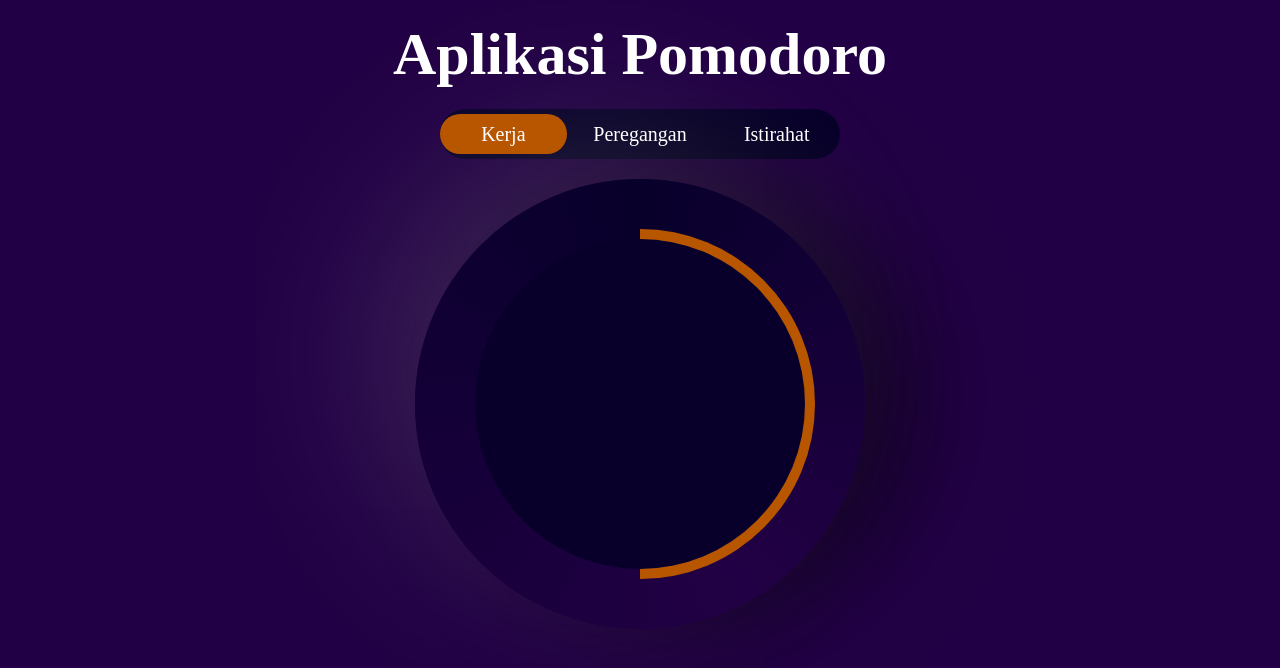
Repository: sellayspy/aplikasiPomodoro
Page: /
The author's editor kept a copy of each file at every save. The page is drawn from the files as they stood at one save, then again after the next save.
The browser window is 1280 px wide. The pictures show the whole page.
The project was rebuilt for these pictures with package versions that can differ from the ones it lists, and the page was loaded fresh each time. Also part of the build but not shown: vite.config.js.

Above is the page before, as saved 2024-11-25 14:14:25.

### index.html
<!DOCTYPE html>
<html lang="en">
  <head>
    <meta charset="UTF-8" />
    <link rel="icon" type="image/svg+xml" href="/vite.svg" />
    <meta name="viewport" content="width=device-width, initial-scale=1.0" />
    <title>Aplikasi Pomodoro</title>
  </head>
  <body>
    <div id="root"></div>
    <script type="module" src="/src/main.jsx"></script>
  </body>
</html>

### src/main.jsx
import { StrictMode } from "react";
import { createRoot } from "react-dom/client";
import { createGlobalStyle, ThemeProvider } from "styled-components";
import App from "./App.jsx";

const GlobalStyle = createGlobalStyle`

*{
  margin: 0;
  padding: 0;
  box-sizing: border-box;
}

  html,body{
    background-color: ${(props) => props.theme.colors.bg};;
    font-size: 62.5%;
  }

  body{
    font-size: 1.6rem;
    color: white;
  }

`;

const theme = {
  colors: {
    primary: "#b85600",
    secondary: "#08002b",
    bg: "#220045",
  },
};

createRoot(document.getElementById("root")).render(
  <StrictMode>
    <ThemeProvider theme={theme}>
      <GlobalStyle />
      <App />
    </ThemeProvider>
  </StrictMode>
);

### src/App.jsx
import styled from "styled-components";
import Judul from "./components/Judul";
import Timer from "./components/Timer";

function App() {
  return (
    <>
      <Title>Aplikasi Pomodoro</Title>
      <Judul />
      <Timer />
    </>
  );
}

export default App;

const Title = styled.h1`
  font-size: 6rem;
  padding: 2rem 0;
  text-align: center;
`;

### src/components/Judul.jsx
import styled, { css } from "styled-components";
import { useState } from "react";

const Judul = () => {
  const [active, setActive] = useState(0);

  const handleJudulClick = (index) => {
    setActive(index);
  };
  return (
    <JudulContainer>
      {["Kerja", "Peregangan", "Istirahat"].map((tag, i) => (
        <Tag onClick={() => handleJudulClick(i)} active={active === i} key={i}>
          {tag}
        </Tag>
      ))}
    </JudulContainer>
  );
};

export default Judul;

const JudulContainer = styled.div`
  background: ${(props) => props.theme.colors.secondary};
  height: 5rem;
  width: 40rem;
  margin: 0 auto;
  border-radius: 5rem;
  display: flex;
  gap: 1rem;
  align-items: center;
`;

const Tag = styled.button`
  all: unset;
  height: 4rem;
  text-align: center;
  border-radius: 5rem;
  flex: 1;
  font-size: 2rem;

  ${({ active }) =>
    active &&
    css`
      background: ${(props) => props.theme.colors.primary};
    `}
`;

### src/components/Timer.jsx
import styled from "styled-components";
import TimerProgress from "./TimerProgress";

const Timer = () => {
  return (
    <TimerContainer>
      <TimerProgress />
    </TimerContainer>
  );
};

export default Timer;

const TimerContainer = styled.div`
  background: conic-gradient(
    ${(props) => props.theme.colors.secondary},
    ${(props) => props.theme.colors.bg} 150deg,
    ${(props) => props.theme.colors.secondary}
  );

  width: 45rem;
  height: 45rem;

  margin: 2rem auto;
  border-radius: 50%;
  display: grid;
  place-items: center;
  box-shadow: -50px -50px 150px rgba(158, 158, 158, 0.2),
    50px -10px 100px rgba(0, 0, 0, 0.5);
`;

### src/components/TimerProgress.jsx
import { useState } from "react";
import { RiProgress1Fill } from "react-icons/ri";
import styled from "styled-components";

const TimerProgress = () => {
  const [progress, setProgress] = useState(50);

  return (
    <OuterCircle progress={progress}>
      <InnerCircle></InnerCircle>
    </OuterCircle>
  );
};

export default TimerProgress;

const OuterCircle = styled.div`
  width: 35rem;
  height: 35rem;

  border-radius: 50%;
  display: grid;
  place-items: center;
  background: conic-gradient(
    ${(props) => props.theme.colors.primary} ${({ progress }) => progress}%,
    transparent ${({ progress }) => progress}%
  );
`;

const InnerCircle = styled.div`
  width: 33rem;
  height: 33rem;
  background: ${(props) => props.theme.colors.secondary};

  border-radius: 50%;
  display: grid;
  place-items: center;
`;

### src/components/Waktu.jsx
const Waktu = () => {
  return <div>Waktu</div>;
};

export default Waktu;

After the next save:
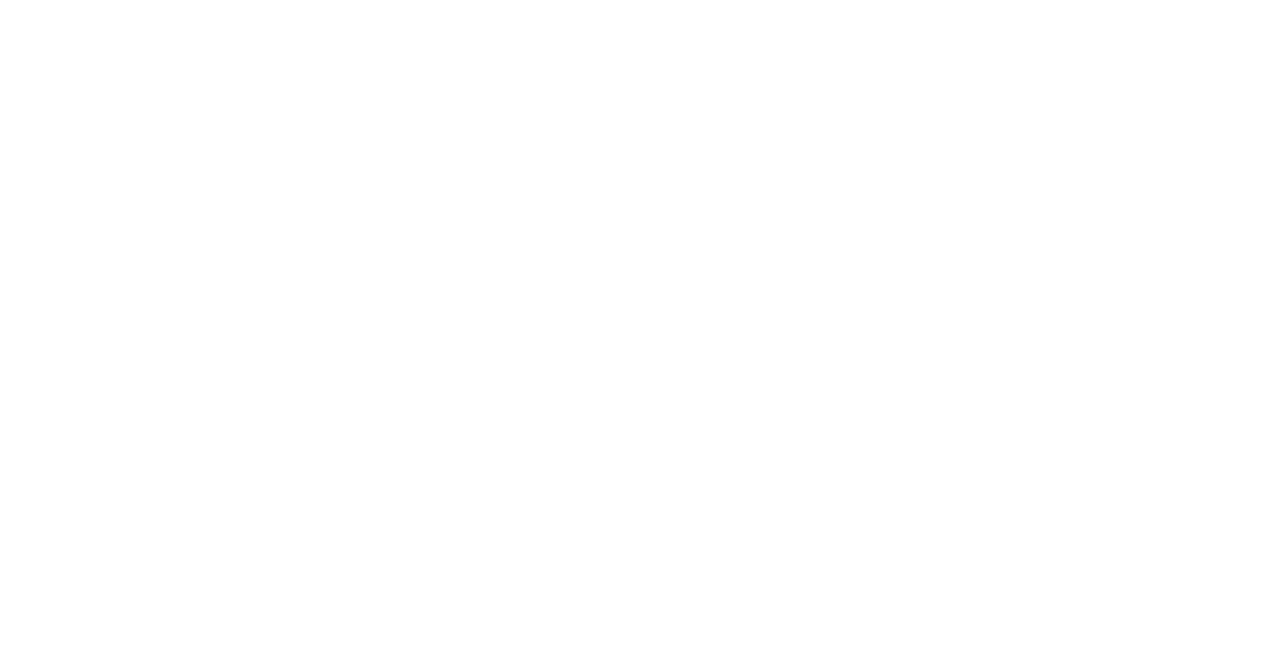
Console error: ReferenceError: Waktu is not defined
Saved 87 s later.
--- a/src/components/TimerProgress.jsx
+++ b/src/components/TimerProgress.jsx
@@ -7,7 +7,9 @@ const TimerProgress = () => {
 
   return (
     <OuterCircle progress={progress}>
-      <InnerCircle></InnerCircle>
+      <InnerCircle>
+        <Waktu />
+      </InnerCircle>
     </OuterCircle>
   );
 };

After the save that followed:
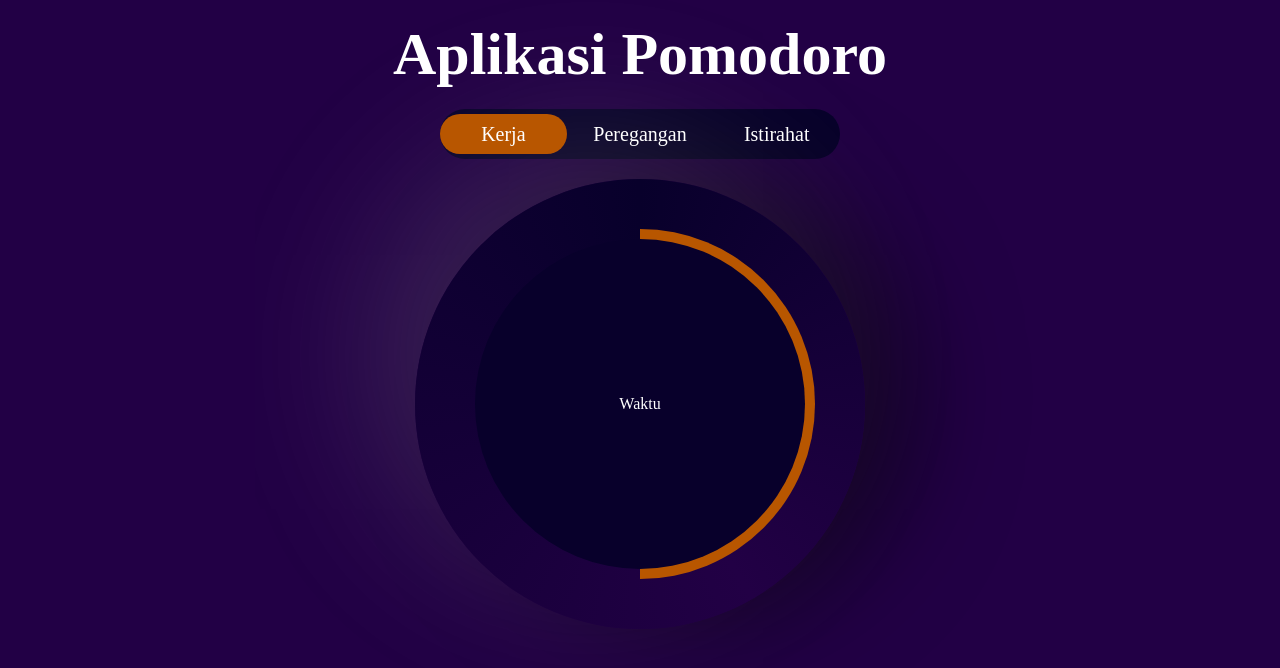
The error is gone.
Saved 38 s later.
--- a/src/components/TimerProgress.jsx
+++ b/src/components/TimerProgress.jsx
@@ -1,6 +1,6 @@
 import { useState } from "react";
-import { RiProgress1Fill } from "react-icons/ri";
 import styled from "styled-components";
+import Waktu from "./Waktu";
 
 const TimerProgress = () => {
   const [progress, setProgress] = useState(50);
